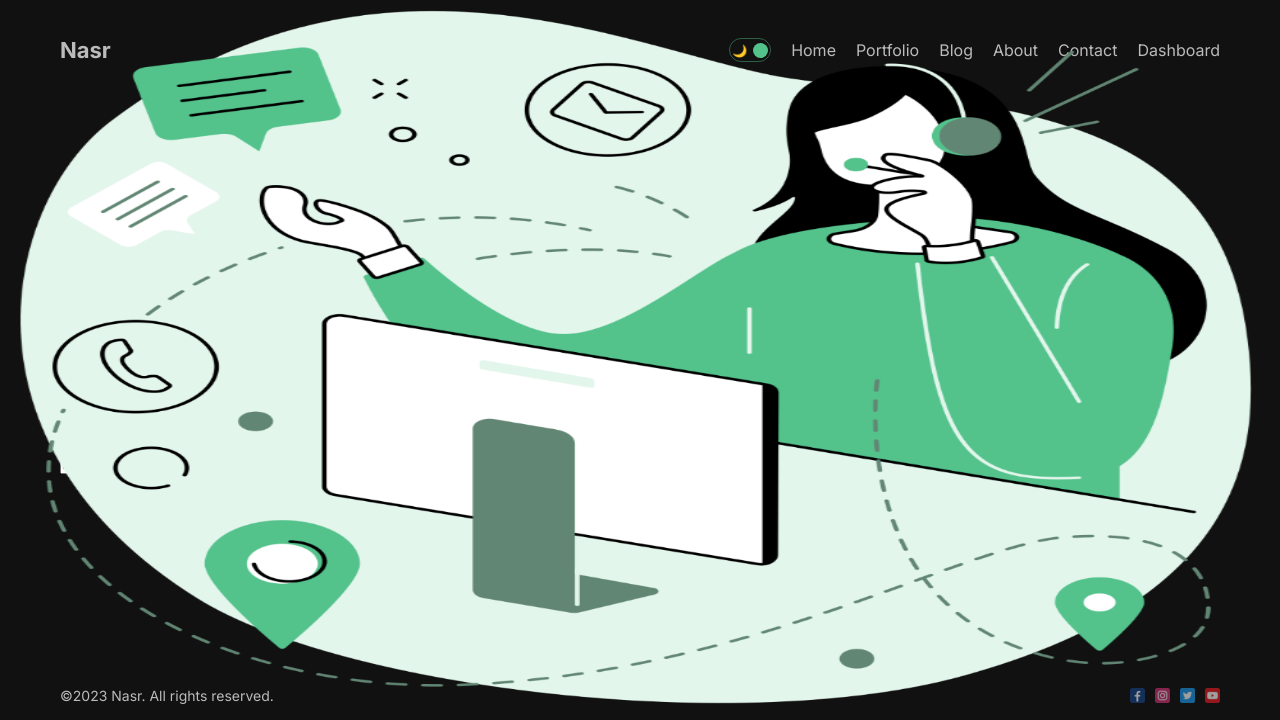
Repository: MoNasr2022/Nast-Blog
Page: /contact
The author's editor kept a copy of each file at every save. The page is drawn from the files as they stood at one save, then again after a run of saves.
The browser window is 1280 px wide. The pictures show the whole page.
The page's requests for data from a server got no answer. The project was rebuilt for these pictures with package versions that can differ from the ones it lists, and the page was loaded fresh each time. The framework's server and built-in components were replaced by stand-ins that run in the browser. No one was signed in, and anything a server would have sent is missing. Also part of the build but not shown: next.config.js, src/app/contact/page.module.css.

Above is the page before, as saved 2023-06-15 13:46:27.

After the next 8 saves:
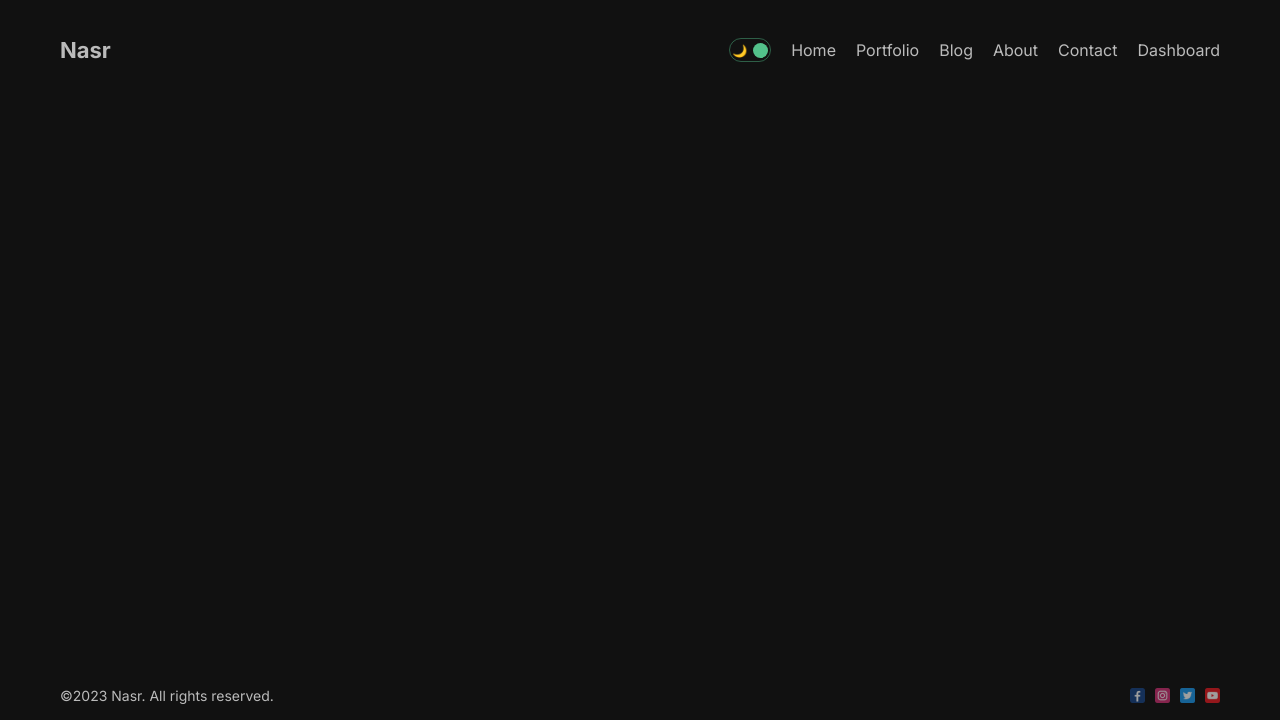
The 8 saves are shown as one change because 4 did not build or start and some came seconds apart.
The last was saved 77 s later.
--- a/src/app/contact/page.jsx
+++ b/src/app/contact/page.jsx
@@ -10,29 +10,32 @@ export const metadata = {
 
 const Contact = () => {
   return (
+    // <div className={styles.container}>
+    //   <h1 className={styles.title}>Let's Keep in Touch</h1>
+    //   <div className={styles.content}>
+    //     <div className={styles.imgContainer}>
+    //       <Image
+    //         src="/contact.png"
+    //         alt=""
+    //         fill={true}
+    //         className={styles.image}
+    //       />
+    //     </div>
+    //     <form className={styles.form}>
+    //       <input type="text" placeholder="name" className={styles.input} />
+    //       <input type="text" placeholder="email" className={styles.input} />
+    //       <textarea
+    //         className={styles.textArea}
+    //         placeholder="message"
+    //         cols="30"
+    //         rows="10"
+    //       ></textarea>
+    //       <Button url="#" text="Send"/>
+    //     </form>
+    //   </div>
+    // </div>
     <div className={styles.container}>
-      <h1 className={styles.title}>Let's Keep in Touch</h1>
-      <div className={styles.content}>
-        <div className={styles.imgContainer}>
-          <Image
-            src="/contact.png"
-            alt=""
-            fill={true}
-            className={styles.image}
-          />
-        </div>
-        <form className={styles.form}>
-          <input type="text" placeholder="name" className={styles.input} />
-          <input type="text" placeholder="email" className={styles.input} />
-          <textarea
-            className={styles.textArea}
-            placeholder="message"
-            cols="30"
-            rows="10"
-          ></textarea>
-          <Button url="#" text="Send"/>
-        </form>
-      </div>
+
     </div>
   );
 };
